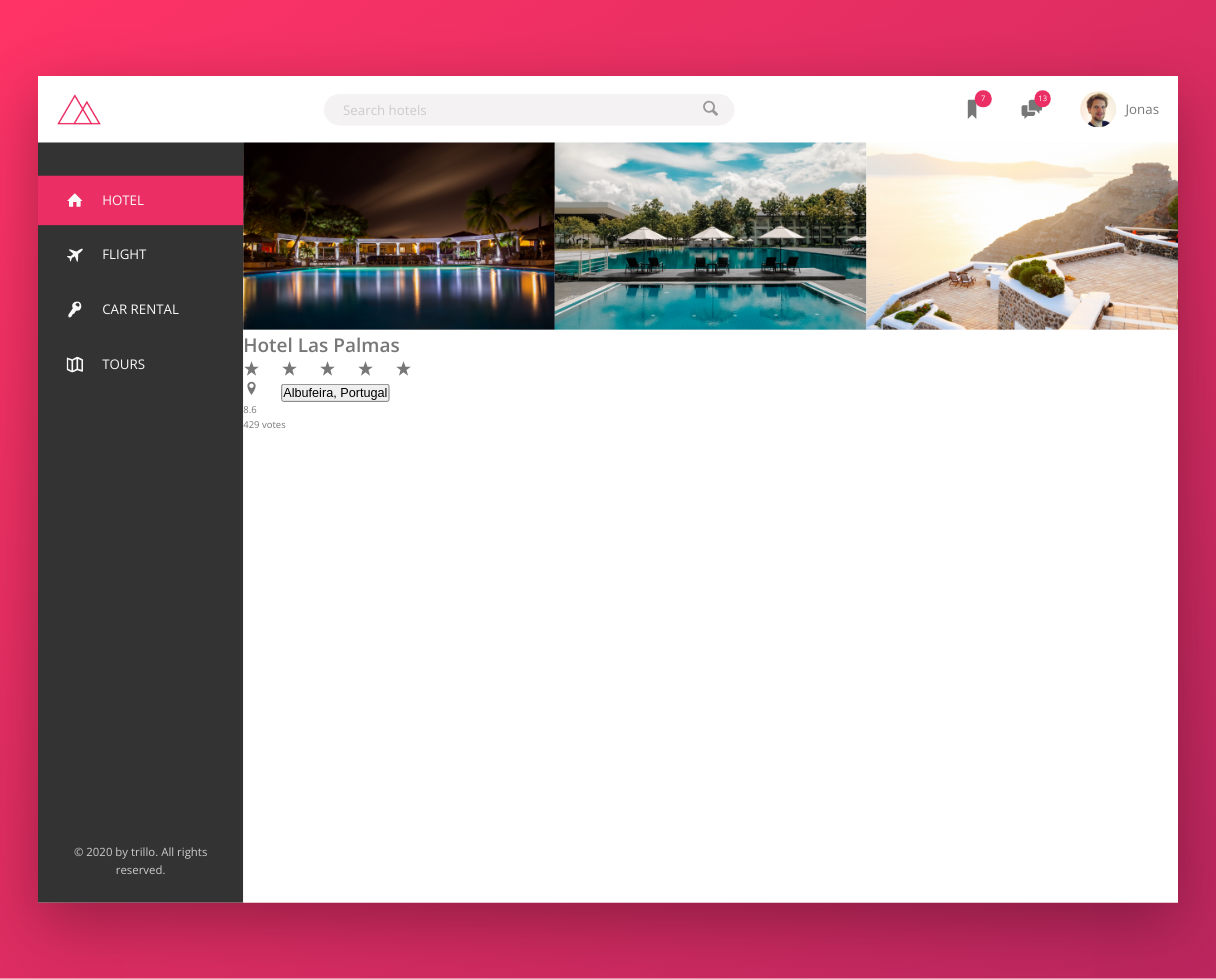
Repository: Lithium87/Trillo
Page: index.html
An editor plug-in stored every save of this project. The page is shown before and after the next save, followed by the edit.
The browser window is 1280 px wide. The pictures show the whole page, at 95% of full size.
The style sheet was rebuilt from its Sass, Less or Tailwind sources for each picture, by a compiler version that may differ from the author's.

Above is the page before, as saved 2020-05-16 21:17:43.

### index.html
<!DOCTYPE html>
<html lang="en">

<head>
    <meta charset="UTF-8">
    <meta name="viewport" content="width=device-width, initial-scale=1.0">

    <link href="https://fonts.googleapis.com/css?family=Open+Sans:300,400,600" rel="stylesheet">
    <link rel="stylesheet" href="css/style.css">
    <link rel="shortcut icon" type="image/png" href="img/favicon.png">

    <title>trillo &mdash; Your all-in-one booking app</title>
</head>

<body>
    <div class="container">
        <header class="header">
            <img src="img/logo.png" alt="Trillo logo" class="logo">
            <form action="#" class="search">
                <input type="text" class="search__input" placeholder="Search hotels">
                <button class="search__button">
                    <svg class="search__icon">
                        <use xlink:href="img/sprite.svg#icon-magnifying-glass"></use>
                    </svg>
                </button>
            </form>

            <nav class="user-nav">
                <div class="user-nav__icon-box">
                    <svg class="user-nav__icon">
                        <use xlink:href="img/sprite.svg#icon-bookmark"></use>
                    </svg>
                    <span class="user-nav__notification">7</span>
                </div>
                <div class="user-nav__icon-box">
                    <svg class="user-nav__icon">
                        <use xlink:href="img/sprite.svg#icon-chat"></use>
                    </svg>
                    <span class="user-nav__notification">13</span>
                </div>
                <div class="user-nav__user">
                    <img src="img/user.jpg" alt="User photo" class="user-nav__user-photo">
                    <span class="user-nav__user-name">Jonas</span>
                </div>
            </nav>
        </header>
        <div class="content">
            <nav class="sidebar">
                <ul class="side-nav">
                    <li class="side-nav__item side-nav__item--active">
                        <a href="#" class="side-nav__link">
                            <svg class="side-nav__icon">
                                <use xlink:href="img/stripe.svg#icon-home"></use>
                            </svg>
                            <span>Hotel</span>
                        </a>
                    </li>
                    <li class="side-nav__item">
                        <a href="#" class="side-nav__link">
                            <svg class="side-nav__icon">
                                <use xlink:href="img/stripe.svg#icon-aircraft"></use>
                            </svg>
                            <span>Flight</span>
                        </a>
                    </li>
                    <li class="side-nav__item">
                        <a href="#" class="side-nav__link">
                            <svg class="side-nav__icon">
                                <use xlink:href="img/stripe.svg#icon-key"></use>
                            </svg>
                            <span>Car rental</span>
                        </a>
                    </li>
                    <li class="side-nav__item">
                        <a href="#" class="side-nav__link">
                            <svg class="side-nav__icon">
                                <use xlink:href="img/stripe.svg#icon-map"></use>
                            </svg>
                            <span>Tours</span>
                        </a>
                    </li>
                </ul>
                <div class="legal">
                    &copy; 2020 by trillo. All rights reserved.
                </div>
            </nav>
            <main class="hotel-view">
                <div class="gallery">
                    <figure class="gallery__item">
                        <img src="img/hotel-1.jpg" alt="Photo of hotel 1" class="gallery__photo">
                    </figure>
                    <figure class="gallery__item">
                        <img src="img/hotel-2.jpg" alt="Photo of hotel 2" class="gallery__photo">
                    </figure>
                    <figure class="gallery__item">
                        <img src="img/hotel-3.jpg" alt="Photo of hotel 3" class="gallery__photo">
                    </figure>
                </div>
                <div class="overview">
                    <h1 class="overview__heading">Hotel Las Palmas</h1>
                    <div class="overview__stars">
                        <svg class="side-nav__icon">
                            <use xlink:href="img/stripe.svg#icon-star"></use>
                        </svg>
                        <svg class="side-nav__icon">
                            <use xlink:href="img/stripe.svg#icon-star"></use>
                        </svg>
                        <svg class="side-nav__icon">
                            <use xlink:href="img/stripe.svg#icon-star"></use>
                        </svg>
                        <svg class="side-nav__icon">
                            <use xlink:href="img/stripe.svg#icon-star"></use>
                        </svg>
                        <svg class="side-nav__icon">
                            <use xlink:href="img/stripe.svg#icon-star"></use>
                        </svg>
                    </div>
                    <div class="overview__location">
                        <svg class="side-nav__icon">
                            <use xlink:href="img/stripe.svg#icon-location-pin"></use>
                        </svg>
                        <button class="btn-inline">Albufeira, Portugal</button>
                    </div>
                    <div class="overview__rating">
                        <div class="overview__rating-average">8.6</div>
                        <div class="overview__rating-count">429 votes</div>
                    </div>
                </div>
            </main>
        </div>
    </div>
</body>

</html>

### sass/_base.scss
:root {
    --color-primary: #eb2f64;
    --color-primary-light: #FF3366;
    --color-primary-dark: #BA265D;
    --color-grey-light-1: #faf9f9;
    --color-grey-light-2: #f4f2f2;
    --color-grey-light-3: #f0eeee;
    --color-grey-light-4: #ccc;
    --color-grey-dark-1: #333;
    --color-grey-dark-2: #777;
    --color-grey-dark-3: #999;
    --shadow-dark: 0 2rem 6rem rgba(0, 0, 0, .3);
}

* {
    margin: 0;
    padding: 0;
}

*,
*::before,
*::after {
    box-sizing: inherit;
}

html {
    box-sizing: border-box;
    font-size: 62.5%; // 1rem = 10px
}

body {
    font-family: 'Open Sans', sans-serif;
    font-weight: 400;
    line-height: 1.6;
    color: var(--color-grey-dark-2);
    background-image: linear-gradient(to right bottom, var(--color-primary-light), var(--color-primary-dark));
    background-size: cover;
    background-repeat: no-repeat;
    min-height: 100vh;
}

### sass/_layout.scss
.container {
    max-width: 120rem;
    margin: 8rem auto;
    background-color: var(--color-grey-light-1);
    box-shadow: var(--shadow-dark);
    min-height: 50rem;
}

.header {
    font-size: 1.4rem;
    height: 7rem;
    background-color: #fff;
    border-bottom: var(--color-grey-light-2);
    display: flex;
    justify-content: space-between;
    align-items: center;
}

.content {
    display: flex;
}

.sidebar {
    background-color: var(--color-grey-dark-1);
    flex: 0 0 18%;
    display: flex;
    flex-direction: column;
    justify-content: space-between;
}

.hotel-view {
    background-color: #fff;
    flex: 1;
    height: 80rem;
}

### sass/_components.scss
///////////////////////
//LOGO
.logo {
    height: 3.25rem;
    margin-left: 2rem;
}

///////////////////////
//SEARCH BOX
.search {
    flex: 0 0 40%;
    display: flex;
    align-items: center;
    justify-content: center;
    &__input {
        font-family: inherit;
        font-size: inherit;
        color: inherit;
        background-color: var(--color-grey-light-2);
        border: none;
        padding: .7rem 2rem;
        border-radius: 100px;
        width: 90%;
        transition: all .2s;
        margin-right: -3.5rem;
        &:focus {
            outline: none;
            width: 100%;
            background-color: var(--color-grey-light-3);
        }
        &::-webkit-input-placeholder {
            font-weight: 100;
            color: var(--color-grey-light-4);
        }
    }
    &__input:focus+&__button {
        background-color: var(--color-grey-light-3);
    }
    &__button {
        border: none;
        background-color: var(--color-grey-light-2);
        &:focus {
            outline: none;
        }
        &:active {
            transform: translateY(2px);
        }
    }
    &__icon {
        height: 2rem;
        width: 2rem;
        fill: var(--color-grey-dark-3);
    }
}

///////////////////////
//USER NAVIGATION
.user-nav {
    align-self: stretch;
    display: flex;
    align-items: center;
    &>* {
        padding: 0 2rem;
        cursor: pointer;
        height: 100%;
        display: flex;
        align-items: center;
    }
    &>*:hover {
        background-color: var(--color-grey-light-2);
    }
    &__icon-box {
        position: relative;
    }
    &__icon {
        height: 2.25rem;
        width: 2.25rem;
        fill: var(--color-grey-dark-2);
    }
    &__notification {
        font-size: .8rem;
        height: 1.75rem;
        width: 1.75rem;
        border-radius: 50%;
        background-color: var(--color-primary);
        color: #fff;
        position: absolute;
        top: 1.5rem;
        right: 1.1rem;
        display: flex;
        justify-content: center;
        align-items: center;
    }
    &__user-photo {
        height: 3.75rem;
        border-radius: 50%;
        margin-right: 1rem;
    }
}

///////////////////////
//SIDE NAVIGATION
.side-nav {
    font-size: 1.4rem;
    list-style: none;
    margin-top: 3.5rem;
    &__item {
        position: relative;
        &:not(:last-child) {
            margin-bottom: .5rem;
        }
    }
    &__item::before {
        content: "";
        position: absolute;
        top: 0;
        left: 0;
        height: 100%;
        width: 3px;
        background-color: var(--color-primary);
        transform: scaleY(0);
        transition: transform .2s, width .4s cubic-bezier(1, 0, 0, 1) .2s, background-color .1s;
    }
    &__item:hover::before,
    &__item--active::before {
        transform: scaleY(1);
        width: 100%;
    }
    &__item:active::before {
        background-color: var(--color-primary-light);
    }
    &__link:link,
    &__link:visited {
        color: var(--color-grey-light-1);
        text-decoration: none;
        text-transform: uppercase;
        display: block;
        padding: 1.5rem 3rem;
        position: relative;
        z-index: 10;
        display: flex;
        align-items: center;
    }
    &__icon {
        width: 1.75rem;
        height: 1.75rem;
        margin-right: 2rem;
        fill: currentColor;
    }
}

///////////////////////
//LEGAL TEXT
.legal {
    font-size: 1.2rem;
    color: var(--color-grey-light-4);
    text-align: center;
    padding: 2.5rem;
}

///////////////////////
//GALLERY
.gallery {
    display: flex;
    &__photo {
        width: 100%;
        display: block;
    }
}

Loaded but not shown: sass/main.scss (common file)

After the next save:
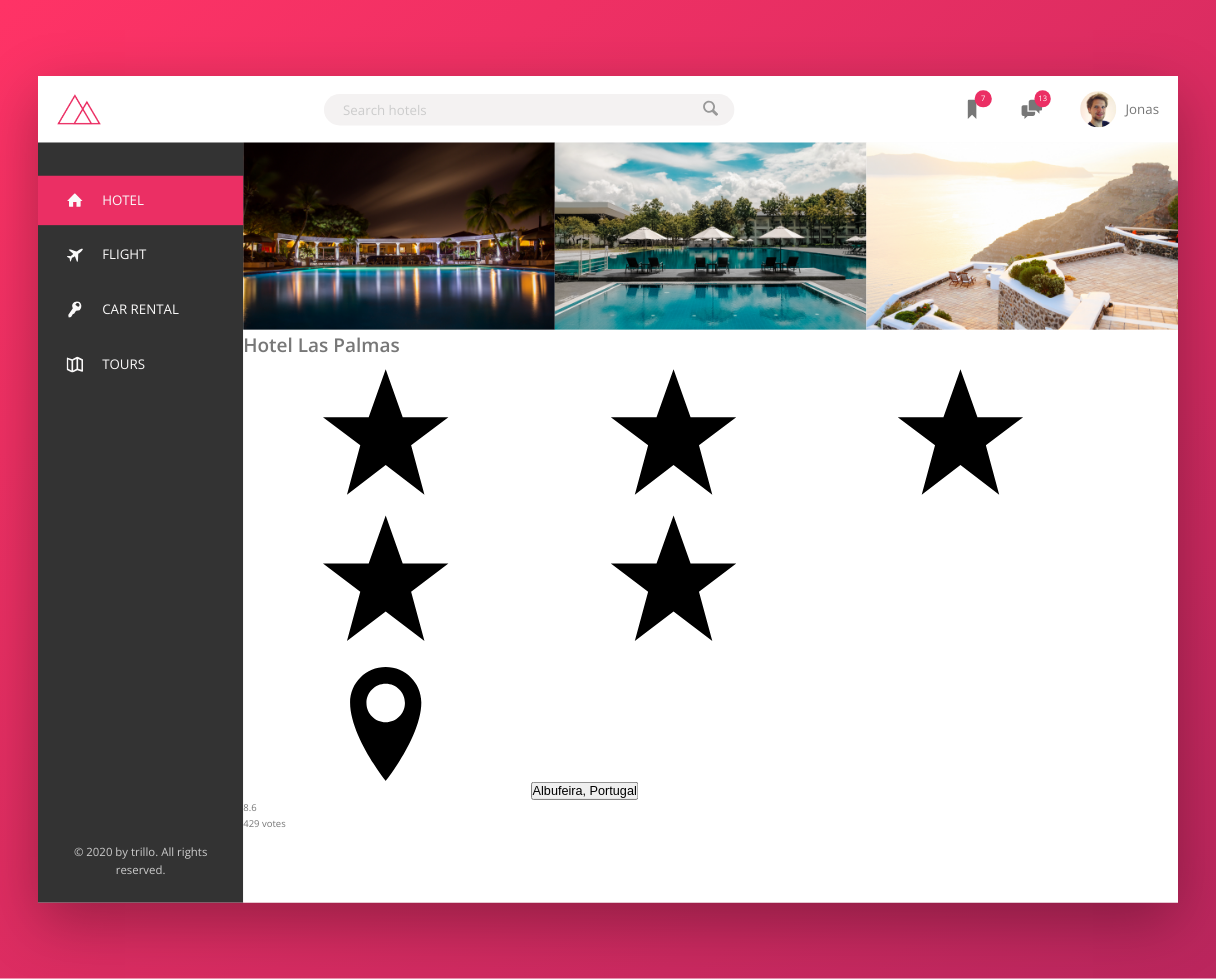
Saved 2 min 45 s later.
--- a/index.html
+++ b/index.html
@@ -99,24 +99,24 @@
                 <div class="overview">
                     <h1 class="overview__heading">Hotel Las Palmas</h1>
                     <div class="overview__stars">
-                        <svg class="side-nav__icon">
+                        <svg class="overview__icon-star">
                             <use xlink:href="img/stripe.svg#icon-star"></use>
                         </svg>
-                        <svg class="side-nav__icon">
+                        <svg class="overview__icon-star">
                             <use xlink:href="img/stripe.svg#icon-star"></use>
                         </svg>
-                        <svg class="side-nav__icon">
+                        <svg class="overview__icon-star">
                             <use xlink:href="img/stripe.svg#icon-star"></use>
                         </svg>
-                        <svg class="side-nav__icon">
+                        <svg class="overview__icon-star">
                             <use xlink:href="img/stripe.svg#icon-star"></use>
                         </svg>
-                        <svg class="side-nav__icon">
+                        <svg class="overview__icon-star">
                             <use xlink:href="img/stripe.svg#icon-star"></use>
                         </svg>
                     </div>
                     <div class="overview__location">
-                        <svg class="side-nav__icon">
+                        <svg class="overview__icon-location">
                             <use xlink:href="img/stripe.svg#icon-location-pin"></use>
                         </svg>
                         <button class="btn-inline">Albufeira, Portugal</button>
